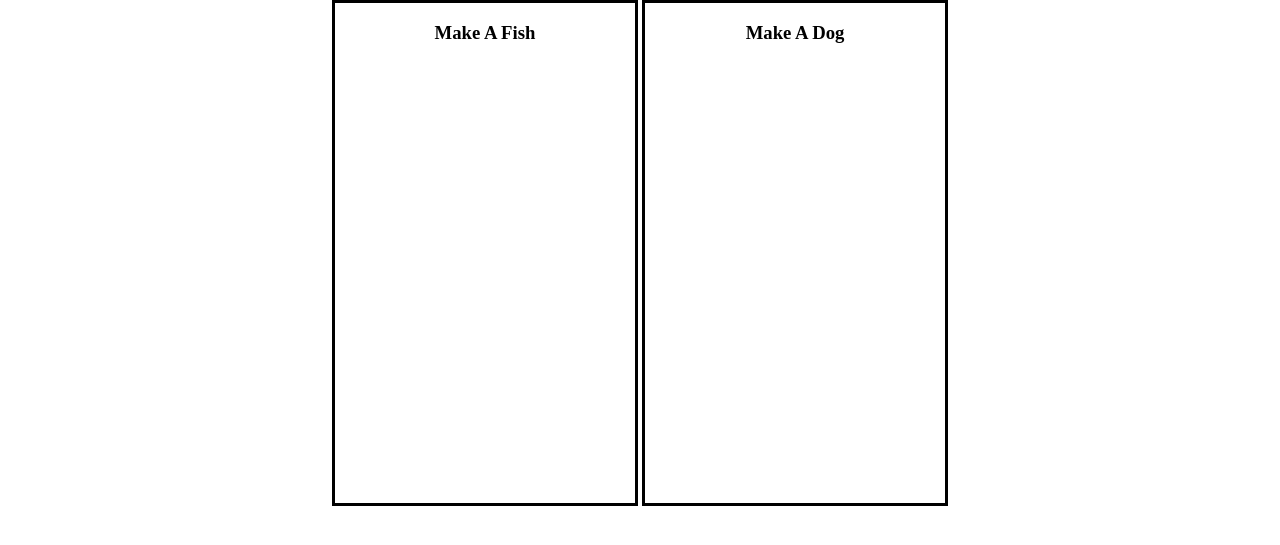
Repository: a-rydzak/Java
Page: http://localhost/Setup/Home
The author's editor kept a copy of each file at every save. The page is drawn from the files as they stood at one save, then again after the next save.
The browser window is 1280 px wide. The pictures show the whole page.
The page is served by Tomcat 9. Other server files are loaded and not shown.

Above is the page before, as saved 2019-07-11 14:24:23.

### Java MVC/Pets/Setup/WebContent/WEB-INF/view/Home.jsp
<%@ page language="java" contentType="text/html; charset=ISO-8859-1"
    pageEncoding="ISO-8859-1"%>
<%@ taglib prefix="c" uri="http://java.sun.com/jsp/jstl/core" %>
<!DOCTYPE html>
<html>
<head>
	<meta charset="ISO-8859-1">
	<title>Make A Pet Here</title>
	<style><%@include file="/WEB-INF/css/Home.css"%></style>
</head>
<body>

	<div id="container">

		<div class="petForm">
			<h3>Make A Fish</h3>
		</div>

		<div class="petForm">
			<h3>Make A Dog</h3>
		</div>

	</div>

</body>
</html>

### Java MVC/Pets/Setup/WebContent/WEB-INF/css/Home.css
@charset "ISO-8859-1";
body, #container, .petForm{
	margin:0;
	padding:0;
}

#container{
	width:100%;
	boder-style:solid;
	border-color:red;
	text-align:center;
}
.petForm{
	display:inline-block;
	height:500px;
	width:300px;
	border-style:solid;
	border-color:black;


}

### Java MVC/Pets/Setup/src/com/andrewrydzak/web/controllers/Home.java
package com.andrewrydzak.web.controllers;

import java.io.IOException;

import javax.servlet.RequestDispatcher;
import javax.servlet.ServletException;
import javax.servlet.annotation.WebServlet;
import javax.servlet.http.HttpServlet;
import javax.servlet.http.HttpServletRequest;
import javax.servlet.http.HttpServletResponse;

/**
 * Servlet implementation class Home
 */
@WebServlet("/Home")
public class Home extends HttpServlet {
	private static final long serialVersionUID = 1L;

    /**
     * @see HttpServlet#HttpServlet()
     */
    public Home() {
        super();
        // TODO Auto-generated constructor stub
    }

	/**
	 * @see HttpServlet#doGet(HttpServletRequest request, HttpServletResponse response)
	 */
	protected void doGet(HttpServletRequest request, HttpServletResponse response) throws ServletException, IOException {
        RequestDispatcher view = request.getRequestDispatcher("/WEB-INF/view/Home.jsp");
        view.forward(request, response);
	}

	/**
	 * @see HttpServlet#doPost(HttpServletRequest request, HttpServletResponse response)
	 */
	protected void doPost(HttpServletRequest request, HttpServletResponse response) throws ServletException, IOException {
		// TODO Auto-generated method stub
		doGet(request, response);
	}

}

After the next save:
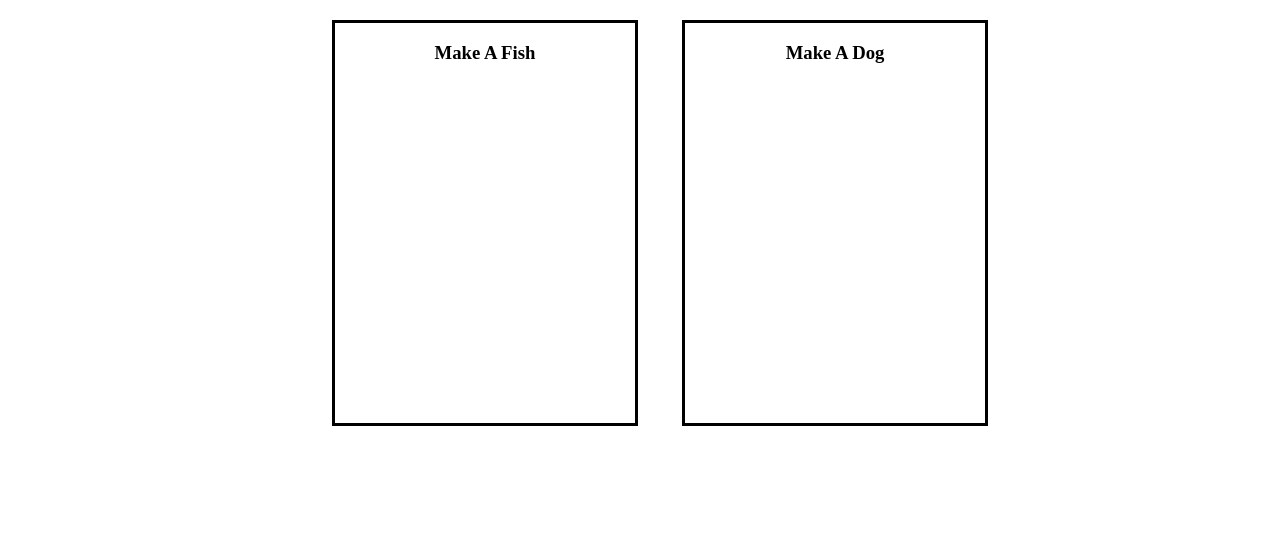
Saved 2 min 48 s later.
--- a/Java MVC/Pets/Setup/WebContent/WEB-INF/css/Home.css
+++ b/Java MVC/Pets/Setup/WebContent/WEB-INF/css/Home.css
@@ -11,8 +11,10 @@ body, #container, .petForm{
 	text-align:center;
 }
 .petForm{
+	margin-top:20px;
+	margin-left:40px;
 	display:inline-block;
-	height:500px;
+	height:400px;
 	width:300px;
 	border-style:solid;
 	border-color:black;
